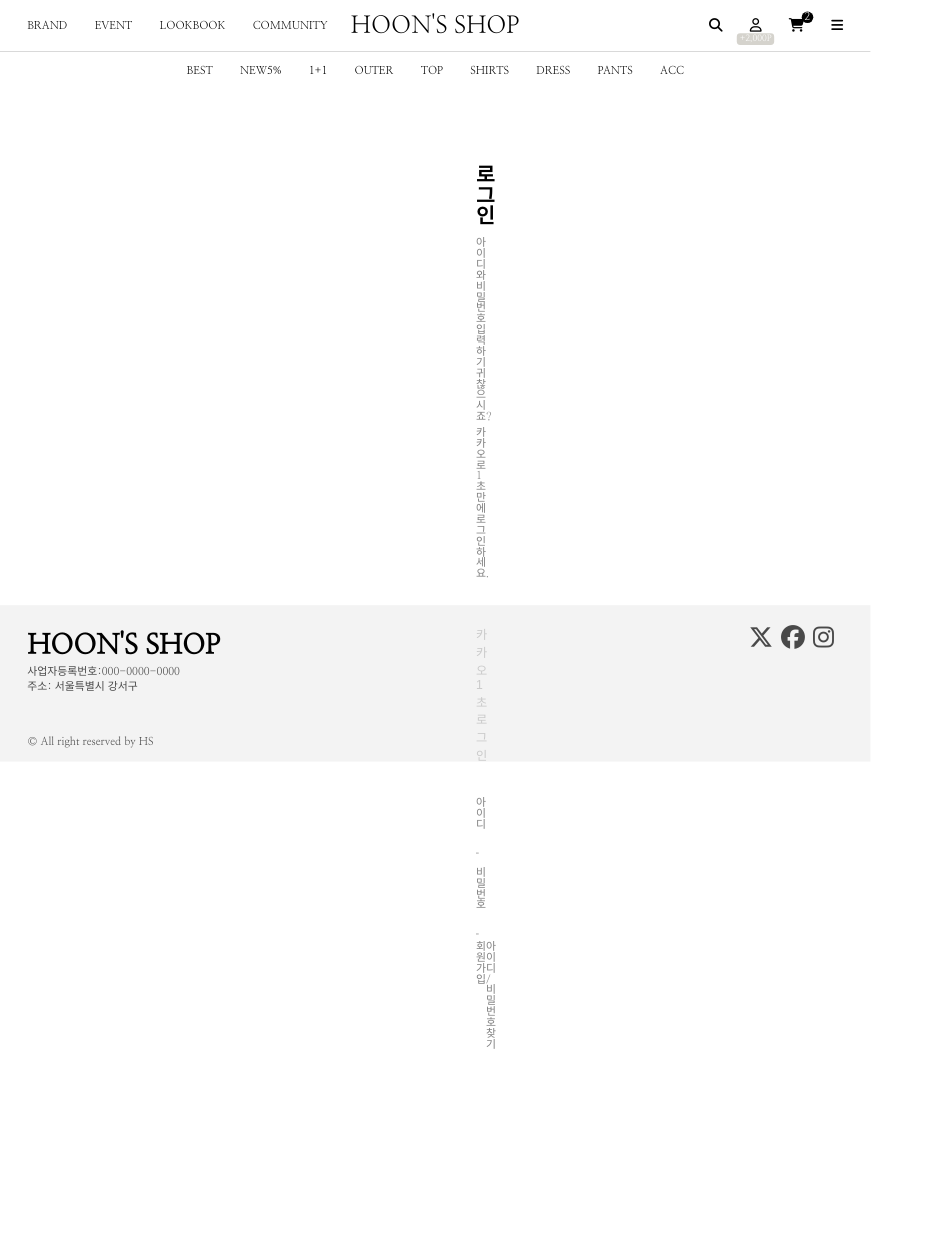
Repository: Iimchaehoon/cafeProject
Page: login.html
These files come from the project's save history. The page is drawn as it stood at one moment and after the next save; the edit follows.
The browser window is 1280 px wide. The page is 1400 px wide, so the pictures cover 1400 px, including what lies to the right of the window. The pictures show the whole page, at 68% of full size.
Some web libraries are served in a nearby version.

Above is the page before, as saved 2024-07-29 20:51:01.

### login.html
<!DOCTYPE html>
<html lang="en">
  <head>
    <meta charset="UTF-8" />
    <meta name="viewport" content="width=device-width, initial-scale=1.0" />
    <title>Document</title>
    <link rel="stylesheet" href="/src/css/pages/login.css" />
    <script
      src="https://kit.fontawesome.com/1e606f2a97.js"
      crossorigin="anonymous"
    ></script>
  </head>
  <body>
    <!--header-->
    <header class="header">
      <div class="header__top">
        <nav class="header__nav-box">
          <ul class="header__list-box">
            <li class="header__content">BRAND</li>
            <li class="header__content">EVENT</li>
            <li class="header__content">LOOKBOOK</li>
            <li class="header__content">COMMUNITY</li>
          </ul>
        </nav>
        <h1 class="header__title">HOON'S SHOP</h1>
        <ul class="header__menu">
          <li class="header__content">
            <i class="fa-solid fa-magnifying-glass fa-lg"></i>
          </li>
          <li class="header__content header__content--badge-price">
            <div class="header__price-badge"><span>+2,000P</span></div>
            <i class="fa-regular fa-user fa-lg"></i>
          </li>
          <li class="header__content header__content--badge-box">
            <div class="header__cart-badge"><span>2</span></div>
            <i class="fa-solid fa-cart-shopping fa-lg"></i>
          </li>
          <li class="header__content">
            <i class="fa-solid fa-bars fa-lg"></i>
          </li>
        </ul>
      </div>

      <div class="header__bottom">
        <ul class="header__category">
          <li class="header__content">BEST</li>
          <li class="header__content">NEW5%</li>
          <li class="header__content">1+1</li>
          <li class="header__content">OUTER</li>
          <li class="header__content">TOP</li>
          <li class="header__content">SHIRTS</li>
          <li class="header__content">DRESS</li>
          <li class="header__content">PANTS</li>
          <li class="header__content">ACC</li>
        </ul>
      </div>
    </header>
    <div class="login-wrapper">
      <h2 class="login__title">로그인</h2>
      <span class="login__text">아이디와 비밀번호 입력하기 귀찮으시죠?</span>
      <span class="login__text">카카오로 1초만에 로그인 하세요.</span>
      <button class="login__btn login__btn-kakao">카카오 1초 로그인</button>
      <form class="login__form">
        <label for="login-id" class="login__label">
          <span class="login__text">아이디</span>
          <input id="login-id" type="text" class="login__input" />
        </label>
        <label for="login-password" class="login__label">
          <span class="login__text">비밀번호</span>
          <input id="login-password" type="password" class="login__input" />
        </label>
        <div class="login__text-box">
          <a class="login__text" href="">회원가입</a>
          <a class="login__text" href="">아이디 / 비밀번호 찾기</a>
        </div>
        <input class="login__btn" type="submit" value="로그인" />
      </form>

      <button class="login__btn login__btn-naver">네이버 로그인</button>
    </div>
    <!-- footer -->
    <footer class="footer">
      <div class="footer_sub-box">
        <span class="footer_title">HOON'S SHOP</span>
        <small class="footer_text">사업자등록번호:000-0000-0000</small>
        <small class="footer_text">주소: 서울특별시 강서구</small>
        <small class="footer_text footer_copy-right"
          >&copy; All right reserved by HS</small
        >
      </div>
      <div class="footer_sub-box footer__social-box">
        <span class="footer_text">
          <i class="fa-brands fa-x-twitter fa-2xl"></i>
        </span>
        <span class="footer_text">
          <i class="fa-brands fa-facebook fa-2xl"></i>
        </span>
        <span class="footer_text">
          <i class="fa-brands fa-instagram fa-2xl"></i>
        </span>
      </div>
    </footer>
  </body>
</html>

### src/css/pages/login.css
@import "../reset.css";
@import "../common.css";
@import "../components/header.css";
@import "../components/footer.css";
.login-wrapper {
  height: 80vh;
  display: flex;
  flex-direction: column;
  padding: 0 700px;
  padding-top: 100px;
}
.login__title {
  font-size: 30px;
  font-weight: 700;
  margin-bottom: 15px;
}
.login__text {
  color: rgba(0, 0, 0, 0.5);
  margin-bottom: 7px;
  text-decoration: none;
  transition: color 0.2s ease-in-out;
}

.login__form {
  display: flex;
  flex-direction: column;
}
.login__btn {
  background-color: black;
  color: white;
  font-size: 18px;
  padding: 10px 0;
  border: none;
  margin: 5px 0;
}
.login__btn-kakao {
  margin-top: 50px;
  background-color: #fee500;
  color: black;
  margin-bottom: 30px;
}
.login__btn-naver {
  background-color: #1dc800;
}
.login__text-box {
  margin-bottom: 30px;
  display: flex;
  justify-content: space-between;
}
.login__label {
  display: flex;
  flex-direction: column;
  margin: 10px 0;
}
.login__input {
  border: none;
  border-bottom: 1px solid rgba(0, 0, 0, 0.5);
  margin-top: 10px;
}
.login__input:focus {
  outline: none;
  border-color: black;
}
.login__label:focus-within .login__text {
  color: black;
}
.login__text-box .login__text:hover {
  color: black;
}

### src/css/common.css
@import url("https://fonts.googleapis.com/css2?family=Nanum+Gothic&family=Nanum+Myeongjo&display=swap");
body {
  font-family: "Nanum Myeongjo", serif;
  margin: 0;
  padding: 0;
  box-sizing: border-box;
  padding-bottom: 300px;
  position: relative;
}
ul {
  margin: 0;
}

### src/css/components/header.css
.header {
  height: 20vh;
}
.header__top {
  display: flex;
  justify-content: space-between;
  padding: 20px;
  border-bottom: 1px solid rgba(0, 0, 0, 0.2);
}
.header__nav-box {
  width: 33%;
}
.header__title {
  width: 33%;
  font-size: 35px;
  font-weight: 550;
  text-align: center;
}

.header__list-box {
  display: flex;

  height: 100%;
  align-items: center;
}
.header__menu {
  display: flex;
  align-items: center;
  justify-content: flex-end;

  width: 33%;
}
.header__content {
  margin: 0 20px;
}
.header__content a {
  color: black;
}
/* 아래헤더 */
.header__category {
  display: flex;
  justify-content: center;
  padding: 20px 0;
}
.header__cart-badge {
  background-color: black;
  display: flex;
  justify-content: center;
  align-items: center;
  border-radius: 100%;
  width: 13px;
  height: 13px;
  padding: 2px;
  position: absolute;
  top: -13px;
  right: -13px;
}
.header__content--badge-box {
  position: relative;
}
.header__cart-badge span {
  color: white;
}
.header__content--badge-price {
  position: relative;
}
.header__price-badge {
  background-color: #d5d3cd;
  color: white;
  display: flex;
  justify-content: center;
  align-items: center;
  font-size: 13px;
  border-radius: 5px;
  padding: 2px 4px;
  position: absolute;
  left: 50%;
  transform: translateX(-50%);
  bottom: -20px;
}

### src/css/components/footer.css
.footer {
  position: absolute;
  bottom: 0;
  height: 230px;
  width: 100%;
  background-color: #f1f1f1d6;
  display: flex;
}

.footer_sub-box {
  width: 50%;
  height: 100%;
  display: flex;
  flex-direction: column;
  padding: 40px;
  box-sizing: border-box;
}
.footer_copy-right {
  position: relative;
  bottom: -60px;
}

.footer_title {
  font-size: 40px;
  font-weight: 600;
  margin-bottom: 10px;
}
.footer_text {
  color: rgba(0, 0, 0, 0.7);
  margin-bottom: 5px;
}
.footer__social-box {
  flex-direction: row;
  justify-content: flex-end;
}
.footer_text i {
  transform: scale(1.1);
  margin-right: 15px;
}

Loaded but not shown: src/css/reset.css (common file)

After the next save:
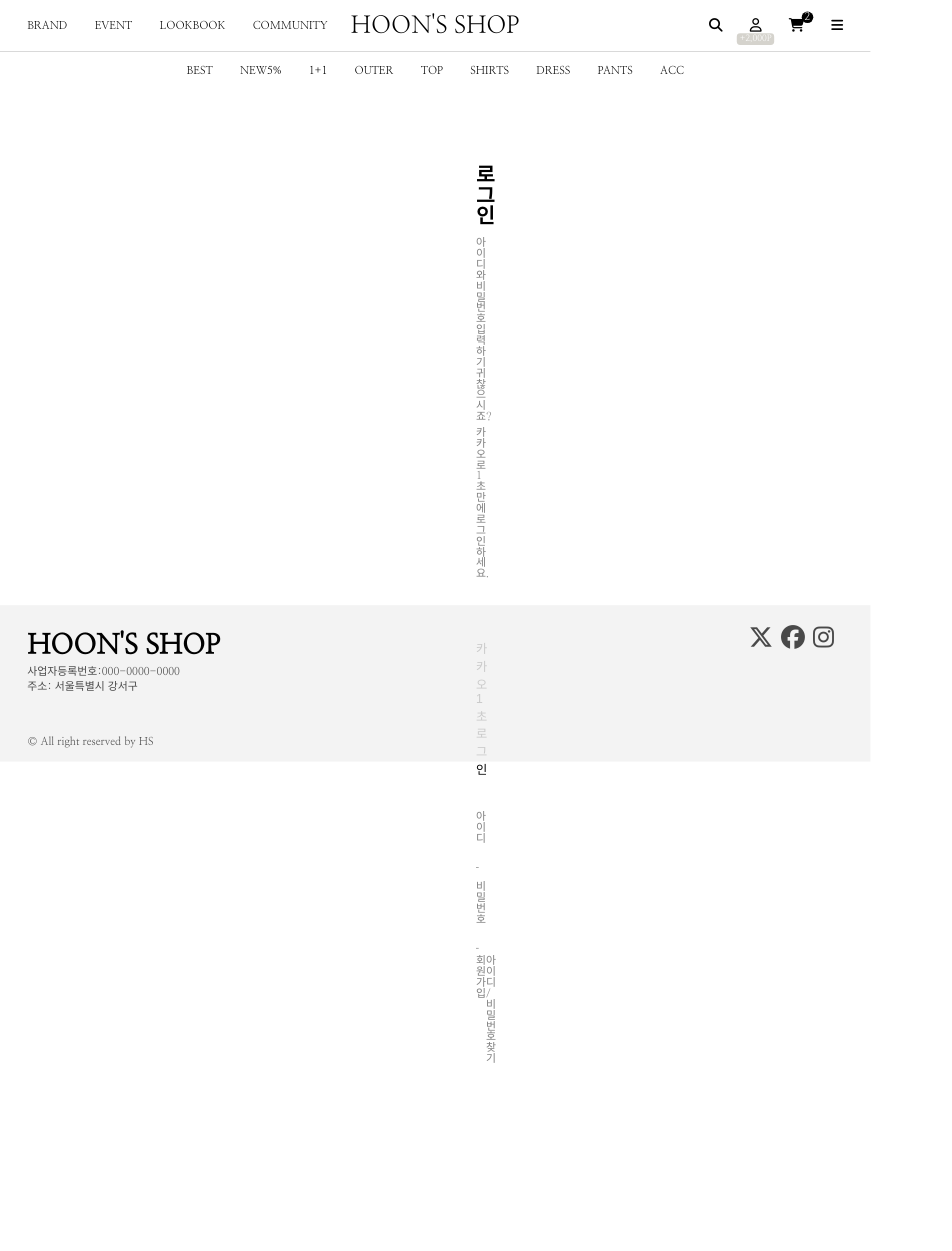
Saved 106 s later.
--- a/login.html
+++ b/login.html
@@ -59,7 +59,16 @@
       <h2 class="login__title">로그인</h2>
       <span class="login__text">아이디와 비밀번호 입력하기 귀찮으시죠?</span>
       <span class="login__text">카카오로 1초만에 로그인 하세요.</span>
-      <button class="login__btn login__btn-kakao">카카오 1초 로그인</button>
+      <button class="login__btn login__btn-kakao">
+        <svg xmlns="http://www.w3.org/2000/svg" viewBox="0 0 24 24">
+          <g>
+            <path fill="none" d="M0 0h24v24H0z" />
+            <path
+              d="M12 3c5.799 0 10.5 3.664 10.5 8.185 0 4.52-4.701 8.184-10.5 8.184a13.5 13.5 0 0 1-1.727-.11l-4.408 2.883c-.501.265-.678.236-.472-.413l.892-3.678c-2.88-1.46-4.785-3.99-4.785-6.866C1.5 6.665 6.201 3 12 3zm5.907 8.06l1.47-1.424a.472.472 0 0 0-.656-.678l-1.928 1.866V9.282a.472.472 0 0 0-.944 0v2.557a.471.471 0 0 0 0 .222V13.5a.472.472 0 0 0 .944 0v-1.363l.427-.413 1.428 2.033a.472.472 0 1 0 .773-.543l-1.514-2.155zm-2.958 1.924h-1.46V9.297a.472.472 0 0 0-.943 0v4.159c0 .26.21.472.471.472h1.932a.472.472 0 1 0 0-.944zm-5.857-1.092l.696-1.707.638 1.707H9.092zm2.523.488l.002-.016a.469.469 0 0 0-.127-.32l-1.046-2.8a.69.69 0 0 0-.627-.474.696.696 0 0 0-.653.447l-1.661 4.075a.472.472 0 0 0 .874.357l.33-.813h2.07l.299.8a.472.472 0 1 0 .884-.33l-.345-.926zM8.293 9.302a.472.472 0 0 0-.471-.472H4.577a.472.472 0 1 0 0 .944h1.16v3.736a.472.472 0 0 0 .944 0V9.774h1.14c.261 0 .472-.212.472-.472z"
+            />
+          </g></svg
+        >카카오 1초 로그인
+      </button>
       <form class="login__form">
         <label for="login-id" class="login__label">
           <span class="login__text">아이디</span>

After the 3 saves that followed:
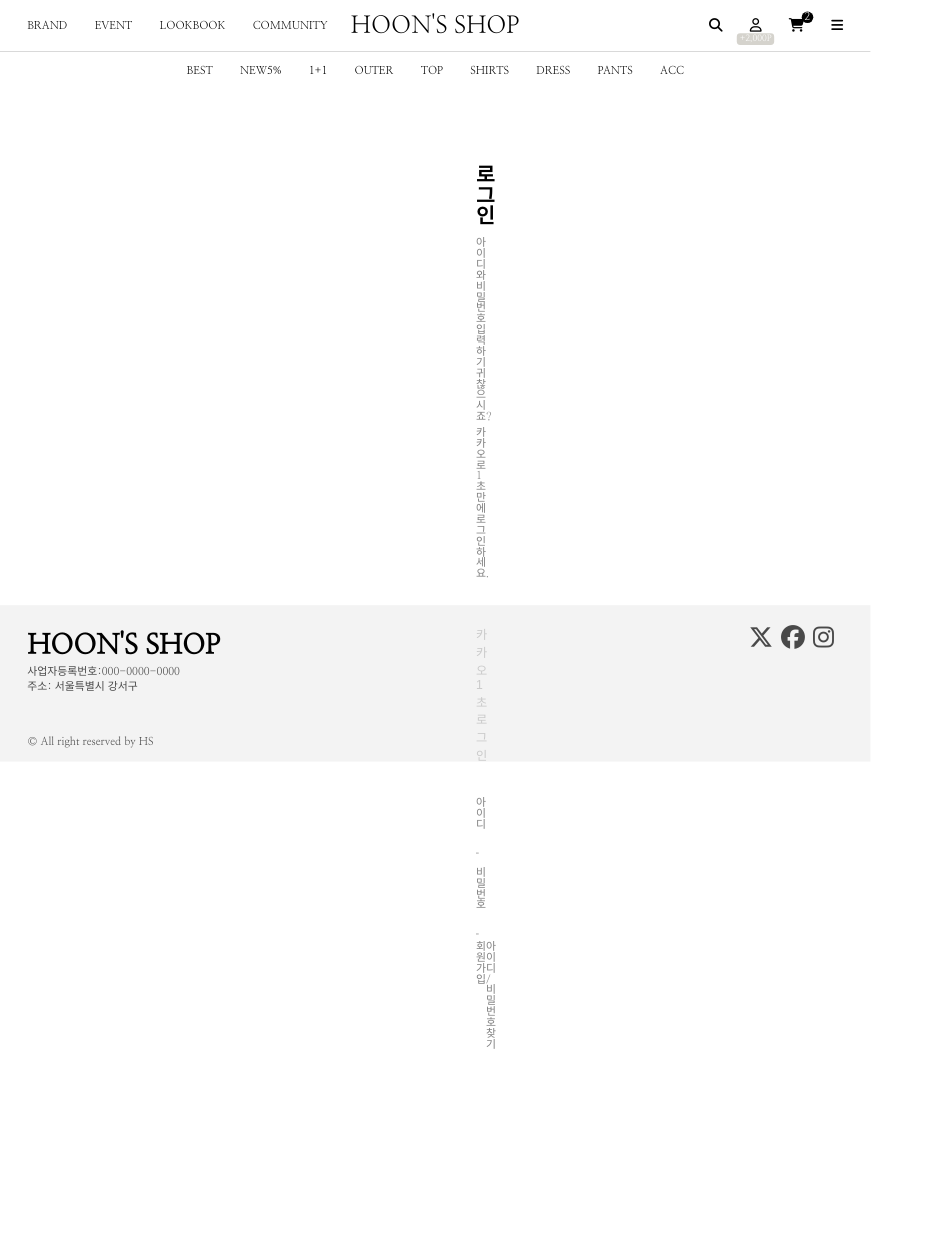
The 3 saves are shown as one change because 1 left the picture as it was and some came seconds apart.
The last was saved 97 s later.
--- a/login.html
+++ b/login.html
@@ -59,16 +59,7 @@
       <h2 class="login__title">로그인</h2>
       <span class="login__text">아이디와 비밀번호 입력하기 귀찮으시죠?</span>
       <span class="login__text">카카오로 1초만에 로그인 하세요.</span>
-      <button class="login__btn login__btn-kakao">
-        <svg xmlns="http://www.w3.org/2000/svg" viewBox="0 0 24 24">
-          <g>
-            <path fill="none" d="M0 0h24v24H0z" />
-            <path
-              d="M12 3c5.799 0 10.5 3.664 10.5 8.185 0 4.52-4.701 8.184-10.5 8.184a13.5 13.5 0 0 1-1.727-.11l-4.408 2.883c-.501.265-.678.236-.472-.413l.892-3.678c-2.88-1.46-4.785-3.99-4.785-6.866C1.5 6.665 6.201 3 12 3zm5.907 8.06l1.47-1.424a.472.472 0 0 0-.656-.678l-1.928 1.866V9.282a.472.472 0 0 0-.944 0v2.557a.471.471 0 0 0 0 .222V13.5a.472.472 0 0 0 .944 0v-1.363l.427-.413 1.428 2.033a.472.472 0 1 0 .773-.543l-1.514-2.155zm-2.958 1.924h-1.46V9.297a.472.472 0 0 0-.943 0v4.159c0 .26.21.472.471.472h1.932a.472.472 0 1 0 0-.944zm-5.857-1.092l.696-1.707.638 1.707H9.092zm2.523.488l.002-.016a.469.469 0 0 0-.127-.32l-1.046-2.8a.69.69 0 0 0-.627-.474.696.696 0 0 0-.653.447l-1.661 4.075a.472.472 0 0 0 .874.357l.33-.813h2.07l.299.8a.472.472 0 1 0 .884-.33l-.345-.926zM8.293 9.302a.472.472 0 0 0-.471-.472H4.577a.472.472 0 1 0 0 .944h1.16v3.736a.472.472 0 0 0 .944 0V9.774h1.14c.261 0 .472-.212.472-.472z"
-            />
-          </g></svg
-        >카카오 1초 로그인
-      </button>
+      <button class="login__btn login__btn-kakao">카카오 1초 로그인</button>
       <form class="login__form">
         <label for="login-id" class="login__label">
           <span class="login__text">아이디</span>
